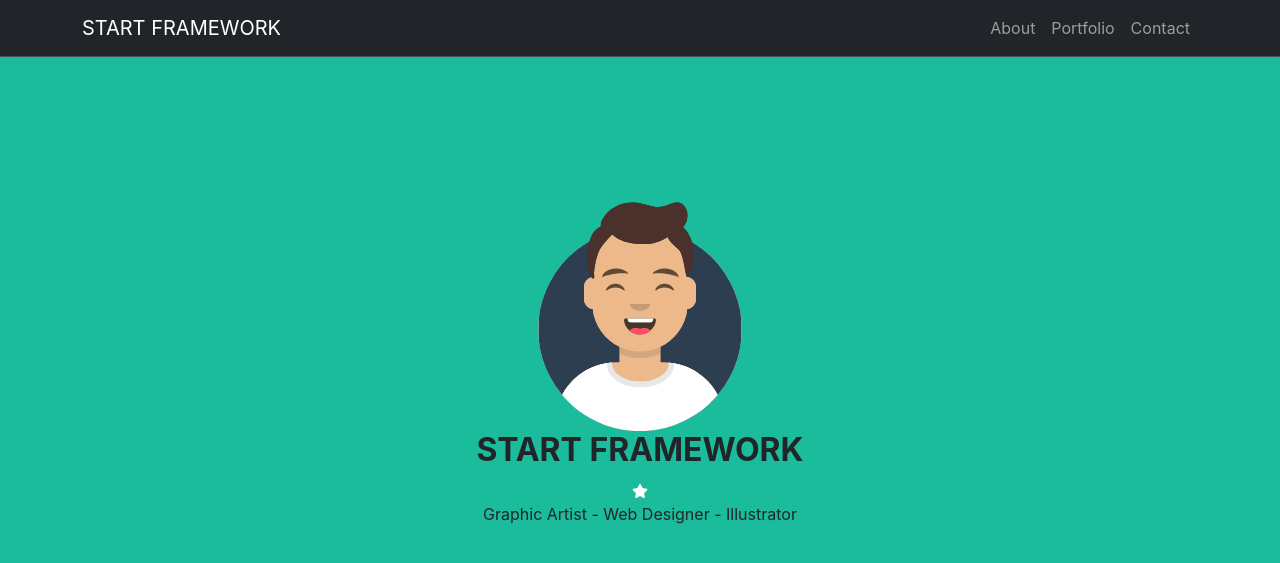
Repository: YomnaWegdan/startFramework
Page: /
An editor plug-in stored every save of this project. The page is shown before and after the next save, followed by the edit.
The browser window is 1280 px wide. The pictures show the whole page.
The project was rebuilt for these pictures with package versions that can differ from the ones it lists, and the page was loaded fresh each time. Also part of the build but not shown: src/Components/About.jsx, src/Components/Contact.jsx, src/Components/Error.jsx.

Above is the page before, as saved 2024-02-04 22:04:21.

After the next save:
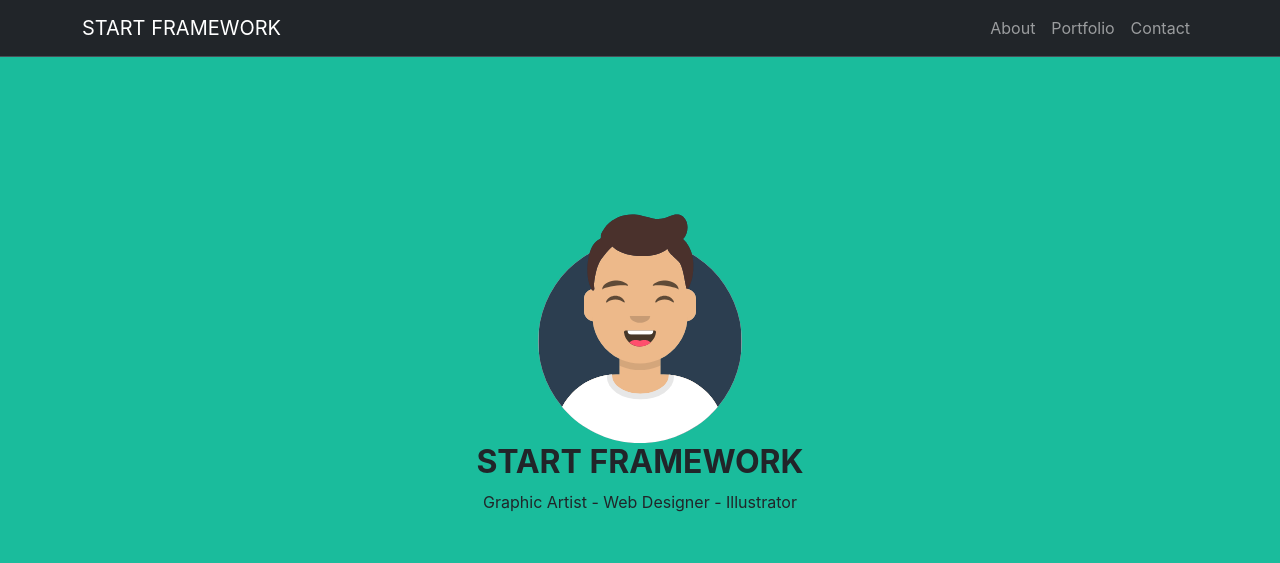
Saved 9 s later.
--- a/src/Components/Home.jsx
+++ b/src/Components/Home.jsx
@@ -14,7 +14,6 @@
                 <div>
                     <div></div>
                 </div>
-                <FaStar className='starIcon text-white'/>
                 <div>Graphic Artist - Web Designer - Illustrator</div>
 
 

After the 3 saves that followed:
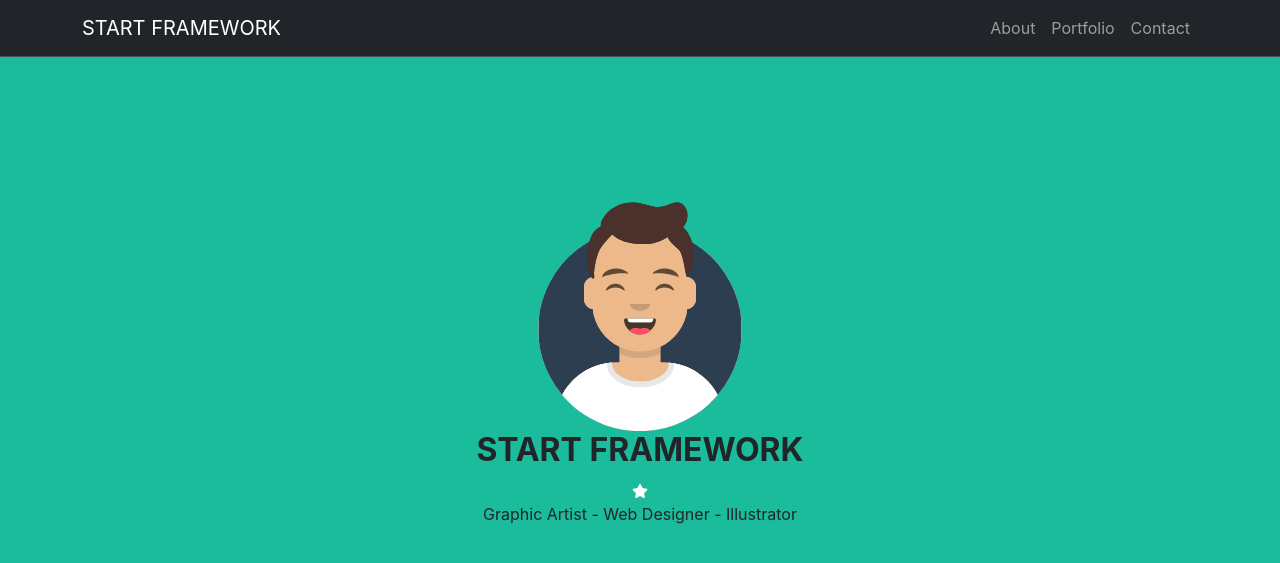
The 3 saves are shown as one change because they came seconds apart.
The last was saved 9 s later.
--- a/src/Components/Home.jsx
+++ b/src/Components/Home.jsx
@@ -13,6 +13,8 @@
                 <h2 className='fw-bold'>START FRAMEWORK</h2>
                 <div>
                     <div></div>
+                    <FaStar className='starIcon text-white'/>
+                    <div></div>
                 </div>
                 <div>Graphic Artist - Web Designer - Illustrator</div>
 
